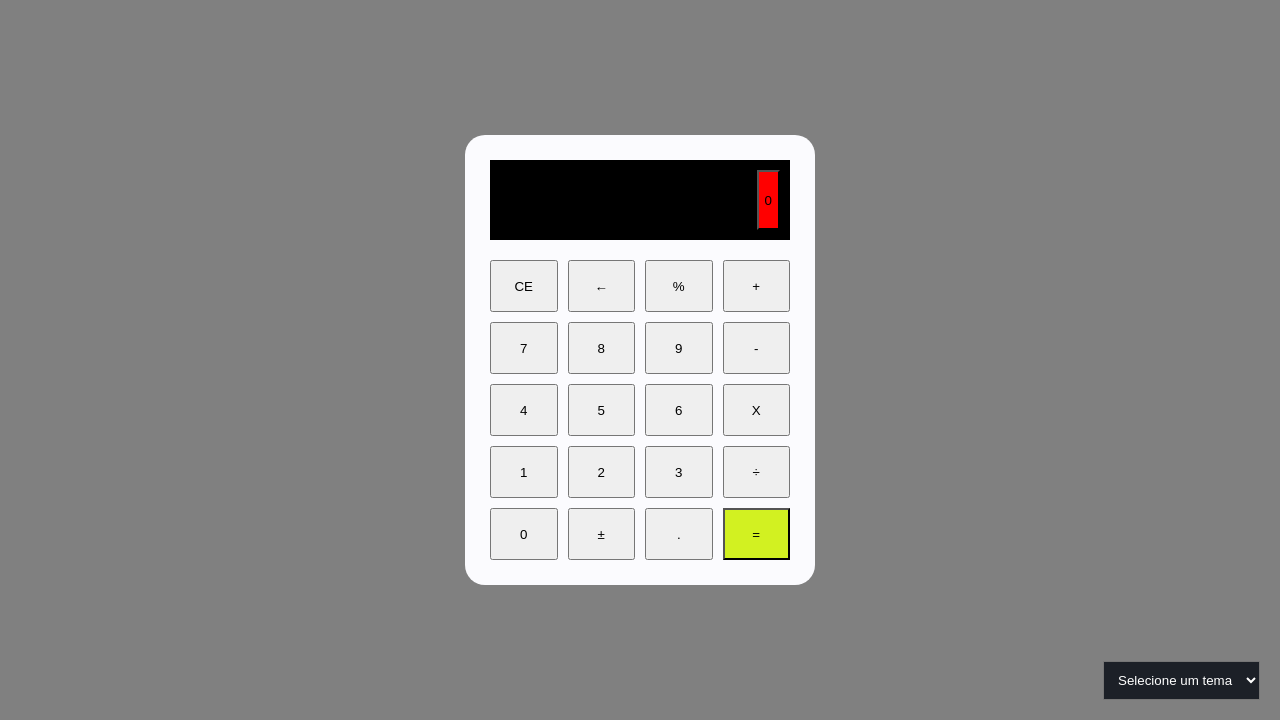
Repository: thislucasme/changing-theme-color-html-css-js
Page: index.html
The author's editor kept a copy of each file at every save. The page is drawn from the files as they stood at one save, then again after the next save.
The browser window is 1280 px wide. The pictures show the whole page.

Above is the page before, as saved 2022-06-29 16:22:28.

After the next save:
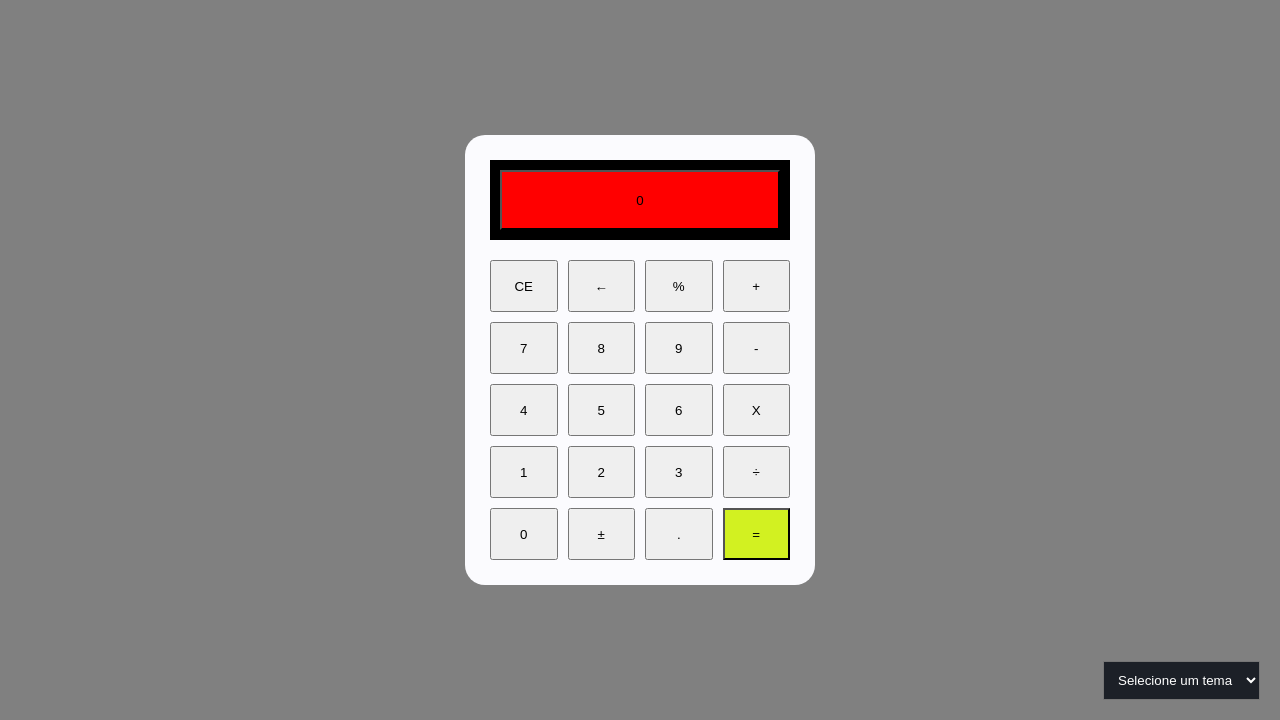
Saved 16 s later.
--- a/index.html
+++ b/index.html
@@ -14,7 +14,7 @@
         <div class="painel" >
             <div class="operacao" ></div>
             <div class="resultado"></div>
-            <button id="resultado" style="background-color: red; height: 60px;" name="resultado">0</button>
+            <button id="resultado" style="background-color: red; height: 60px; width: 100%;" name="resultado">0</button>
         </div>
 
         <div class="botoes">
